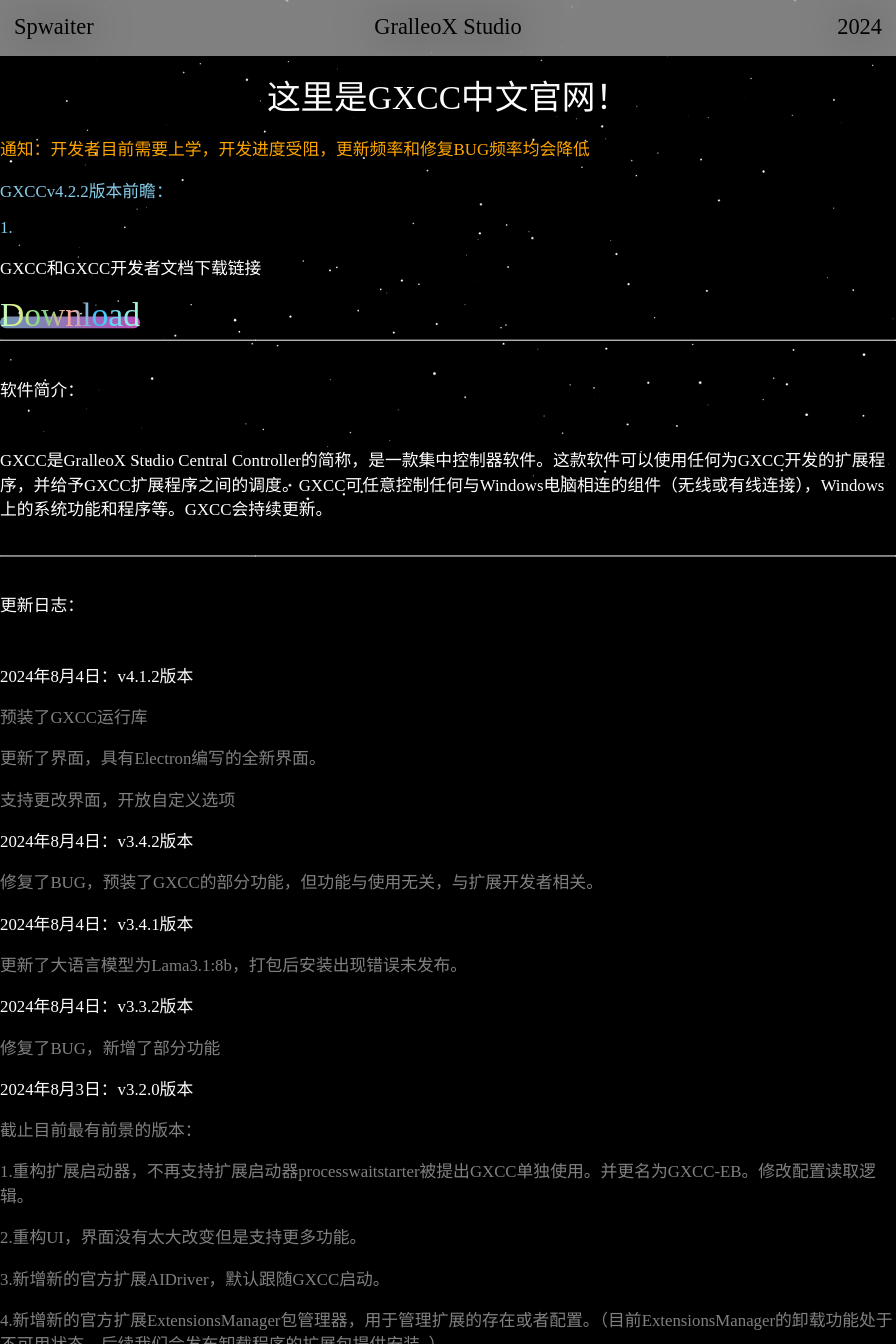
Repository: Lisu-Liso/GXCC
Page: index.html
The author's editor kept a copy of each file at every save. The page is drawn from the files as they stood at one save, then again after the next save.
The browser window is 1280 px wide. The pictures show the part of the page from y = 0 to 1920 px (the page is 4058 px tall before and 4066 px after), at 70% of full size.

Above is the page before, as saved 2024-10-05 21:16:16.

### index.html
<!DOCTYPE html>
<html lang="zh">
    <head>
        <meta http-equiv="Content-Type" content="text/html;charset=utf-8">
        <title>GXCC - GralleoX Studio</title>
        <link rel="stylesheet" type="text/css" href="./header.css">
        <link rel="shortcut icon" href="./GralleoX logo v2 web.ico">
        <style>
            body{
                overflow        : scroll;
                background-color: black;
                top             : 0;
                bottom          : 0;
                left            : 0;
                right           : 0;
                margin-top      : 100px;
                margin-bottom   : 0;
                margin-left     : 0;
                margin-right    : 0;
                user-select     : none;
            }
            ::-webkit-scrollbar{display: none;}
            .getin_screen{
                position        : fixed;
                top             : 0;
                bottom          : 0;
                left            : 0;
                right           : 0;
                background-color: rgba(0,0,0,0);
                color           : rgba(0,0,0,0);
                animation       : getinanimation 4s ease-in-out;
                text-align      : center;
                display         : table-cell;
            }
            @keyframes getinanimation{
                0% {
                    background-color       : rgba(255,255,255,1);
                    color                  : black;
                    backdrop-filter        : blur(15px);
                    -webkit-backdrop-filter: blur(15px);
                }
                40% {
                    background-color       : rgba(255,255,255,0.5);
                    color                  : black;
                    backdrop-filter        : blur(15px);
                    -webkit-backdrop-filter: blur(15px);
                }
                70% {
                    background-color       : rgba(255,255,255,0.5);
                    color                  : black;
                    backdrop-filter        : blur(15px);
                    -webkit-backdrop-filter: blur(15px);
                }
                100% {
                    background-color       : rgba(0,0,0,0);
                    color                  : rgba(0,0,0,0);
                    backdrop-filter        : blur(0px);
                    -webkit-backdrop-filter: blur(0px);
                }
            }
            .download_block{
                position               : fixed;
                top                    : 100px;
                left                   : 100px;
                right                  : 100px;
                bottom                 : 100px;
                margin-top             : 10px;
                margin-left            : 10px;
                margin-right           : 10px;
                margin-bottom          : 10px;
                background-color       : rgba(255,255,255,0.5);
                backdrop-filter        : blur(15px);
                -webkit-backdrop-filter: blur(15px);
                border-radius          : 100px;
                box-shadow             : 0 20px 50px rgba(0,0,0,0.2);
            }
            @keyframes blockout{
                0% {
                    background-color       : rgba(255,255,255,0);
                    backdrop-filter        : blur(0px);
                    -webkit-backdrop-filter: blur(0px);
                    box-shadow             : 0 20px 50px rgba(0,0,0,0);
                    opacity                : 0;
                }
                100% {
                    background-color       : rgba(255,255,255,0.5);
                    backdrop-filter        : blur(15px);
                    -webkit-backdrop-filter: blur(15px);
                    box-shadow             : 0 20px 50px rgba(0,0,0,0.2);
                    opacity                : 1;
                }
            }
            @keyframes blockquite{
                0% {
                    background-color       : rgba(255,255,255,0.5);
                    backdrop-filter        : blur(15px);
                    -webkit-backdrop-filter: blur(15px);
                    box-shadow             : 0 20px 50px rgba(0,0,0,0.2);
                    opacity                : 1;
                }
                100% {
                    background-color       : rgba(255,255,255,0);
                    backdrop-filter        : blur(0px);
                    -webkit-backdrop-filter: blur(0px);
                    box-shadow             : 0 20px 50px rgba(0,0,0,0);
                    opacity                : 0;
                }
            }
            .header-float{
                position: fixed;
                top     : 0;
                left    : 0;
                right   : 0;
                width   : 100%;
            }
            .black_board{
                position               : fixed;
                top                    : 80px;
                left                   : 0;
                right                  : 0;
                bottom                 : 0;
                margin-top             : 0;
                margin-left            : 0;
                margin-right           : 0;
                margin-bottom          : 0;
                backdrop-filter        : blur(15px);
                -webkit-backdrop-filter: blur(15px);
                background-color       : rgba(0,0,0,0.3);
            }
            @keyframes boardout{
                0% {
                    backdrop-filter        : blur(0px);
                    -webkit-backdrop-filter: blur(0px);
                    background-color       : rgba(0,0,0,0);
                }
                100% {
                    backdrop-filter        : blur(15px);
                    -webkit-backdrop-filter: blur(15px);
                    background-color       : rgba(0,0,0,0.3);
                }
            }
            @keyframes boardquite{
                0% {
                    backdrop-filter        : blur(15px);
                    -webkit-backdrop-filter: blur(15px);
                    background-color       : rgba(0,0,0,0.3);
                }
                100% {
                    backdrop-filter        : blur(0px);
                    -webkit-backdrop-filter: blur(0px);
                    background-color       : rgba(0,0,0,0);
                }
            }
            .newbutton{
                background   : linear-gradient(75deg,rgba(145, 202, 240, 0.75),rgba(248, 102, 248, 0.75));
                border-radius: 20px;
                text-align   : center;
                cursor       : pointer;
            }
            :root {
                --rainbow-gradient: linear-gradient(-90deg,#adfbda 0,#35c3ff 30%,#fda399 50%,#76d880 70%,#ebf38b 90%,#adfbda 100%);
            }
            .article-header--title {
                background-image       : var(--rainbow-gradient,#fff);
                background-size        : 100%;
                background-repeat      : repeat;
                background-clip        : text;
                -webkit-background-clip: text;
                -webkit-text-fill-color: transparent;
                -moz-background-clip   : text;
                -moz-text-fill-color   : transparent;
                filter                 : drop-shadow(0 0 2rpx #000);
                text-shadow            : none!important;
                cursor                 : pointer;
            }
            a{
                text-decoration: none;
            }
            font{
                cursor : default;
            }
            .backgroundimage{
                position: fixed;
                top     : 0;
                left    : 0;
                right   : 0;
                width   : 100%;
                height  : 100%;
                z-index: -1;
            }
            .normaltext{
                font-size: 18pt;
                color: white;
            }
            .smallnormaltext{
                font-size: 12pt;
                color: white;
            }
        </style>
    </head>
    <body>
        <canvas id="bgCanvas" class="backgroundimage"></canvas>
        <script>
            // 获取画布
            var canvas = document.getElementById('bgCanvas');
            var ctx = canvas.getContext('2d');

            // 设置画布尺寸与窗口大小一致
            canvas.width = window.innerWidth;
            canvas.height = window.innerHeight;

            // 创建一个数组用于存储星星的信息
            var stars = [];

            // 创建星星对象
            function Star(x, y, radius, color, speed) {
                this.x = x;
                this.y = y;
                this.radius = radius;
                this.color = color;
                this.speed = speed;
            }

            // 初始化星星
            function init() {
                for (var i = 0; i < 200; i++) {
                    var x = Math.random() * canvas.width;
                    var y = Math.random() * canvas.height;
                    var radius = Math.random() * 2;
                    var color = 'white';
                    var speed = Math.random() * 0.5;

                    stars.push(new Star(x, y, radius, color, speed));
                }
            }

            // 绘制星星
            function drawStars() {
                ctx.clearRect(0, 0, canvas.width, canvas.height);

                for (var i = 0; i < stars.length; i++) {
                    var star = stars[i];

                    ctx.beginPath();
                    ctx.arc(star.x, star.y, star.radius, 0, Math.PI * 2);
                    ctx.fillStyle = star.color;
                    ctx.fill();
                }
            }

            // 更新星星位置
            function updateStars() {
                for (var i = 0; i < stars.length; i++) {
                    var star = stars[i];

                    star.x += star.speed;

                    if (star.x > canvas.width) {
                        star.x = 0;
                    }
                }
            }

            // 动画循环
            function animate() {
                requestAnimationFrame(animate);

                drawStars();
                updateStars();
            }

            // 初始化并启动动画
            init();
            animate();
        </script>
        <div style="text-align:center;top:0;left:0;right:0;"><font size="7"color="white">这里是GXCC中文官网！</font></div>
        <p class="normaltext" style="color: orange;">通知：开发者目前需要上学，开发进度受阻，更新频率和修复BUG频率均会降低</p>
        <p class="normaltext" style="color: skyblue;">GXCCv4.2.2版本前瞻：</p>
        <p class="normaltext" style="color: skyblue;">1.</p>
        <p class="normaltext">GXCC和GXCC开发者文档下载链接</p>
        <a class="newbutton" onclick="join_us()"><font class="article-header--title" size="7">Download</font></a>
        <div class="black_board" id="bb"></div>
        <div class="download_block" id="download_block">
            <div style="text-align: center">
                <a class="newbutton" onclick="close_download_block()"><font class="article-header--title" size="7">点击关闭此框</font></a>
            </div>
            <div style="margin-left: 1cm;">
                <font size="7" color="black">这里是下载链接</font>
                <br>
                <font class="normaltext" style="color:red;">如果杀毒软件报告有病毒请忽略，此软件已经经过Microsoft Defender检测，360纯属误报。</font>
                <br>
                <font class="smallnormaltext" style="color: #76d880;">软件声明：您对AI说过的一切内容由你本地的计算机进行计算和处理，无需上传网络，请放心共享您的信息。出于运行需要，你对AI分享的信息会被作为日志保存在AIDriver扩展的文件夹中的日志文件中，如果你需要清除这些信息，请不要删除这些文件。请打开文件并写入‘1’作为占位，否则会影响AIDriver的正常运行。</font>
                <br>
                <a class="normaltext newbutton" href="https://github.com/Lisu-Liso/GXCC/releases">Link</a>
            </div>
        </div>
        <hr/>
        <br>
        <p class="normaltext">软件简介：</p>
        <br>
        <p class="normaltext">GXCC是GralleoX Studio Central Controller的简称，是一款集中控制器软件。这款软件可以使用任何为GXCC开发的扩展程序，并给予GXCC扩展程序之间的调度。GXCC可任意控制任何与Windows电脑相连的组件（无线或有线连接），Windows上的系统功能和程序等。GXCC会持续更新。</p>
        <br>
        <hr/>
        <br>
        <p class="normaltext">更新日志：</p>
        <br>
        <p class="normaltext">2024年8月4日：v4.1.2版本</p>
        <p class="normaltext" style="color: grey;">预装了GXCC运行库</p>
        <p class="normaltext" style="color: grey;">更新了界面，具有Electron编写的全新界面。</p>
        <p class="normaltext" style="color: grey;">支持更改界面，开放自定义选项</p>
        <p class="normaltext" style="color: grey;"></p>
        <p class="normaltext">2024年8月4日：v3.4.2版本</p>
        <p class="normaltext" style="color: grey;">修复了BUG，预装了GXCC的部分功能，但功能与使用无关，与扩展开发者相关。</p>
        <p class="normaltext">2024年8月4日：v3.4.1版本</p>
        <p class="normaltext" style="color: grey;">更新了大语言模型为Lama3.1:8b，打包后安装出现错误未发布。</p>
        <p class="normaltext">2024年8月4日：v3.3.2版本</p>
        <p class="normaltext" style="color: grey;">修复了BUG，新增了部分功能</p>
        <p class="normaltext">2024年8月3日：v3.2.0版本</p>
        <p class="normaltext" style="color: grey;">截止目前最有前景的版本：</p>
        <p class="normaltext" style="color: grey;">1.重构扩展启动器，不再支持扩展启动器processwaitstarter被提出GXCC单独使用。并更名为GXCC-EB。修改配置读取逻辑。</p>
        <p class="normaltext" style="color: grey;">2.重构UI，界面没有太大改变但是支持更多功能。</p>
        <p class="normaltext" style="color: grey;">3.新增新的官方扩展AIDriver，默认跟随GXCC启动。</p>
        <p class="normaltext" style="color: grey;">4.新增新的官方扩展ExtensionsManager包管理器，用于管理扩展的存在或者配置。（目前ExtensionsManager的卸载功能处于不可用状态，后续我们会发布卸载程序的扩展包提供安装。）</p>
        <p class="normaltext" style="color: grey;">5.更改扩展的开发文档，不再兼容之前的包体，但依然可以快速迁移到新版本。</p>
        <br>
        <p class="normaltext">2024年?月?日：v2.1.0版本</p>
        <p class="normaltext" style="color: grey;">该版本由于BUG极多并未发布，但是功能如下：</p>
        <p class="normaltext" style="color: grey;">1.修改了扩展启动器逻辑</p>
        <p class="normaltext" style="color: grey;">2.更新了扩展包包体结构</p>
        <p class="normaltext" style="color: grey;">3.弃用了v1.0.0版本中的对Extensions分类的名字</p>
        <p class="normaltext" style="color: grey;">3.分离内核与UI代码，扩大了UI程序的可扩展性。</p>
        <br>
        <p class="normaltext">2024年3月17日：v1.0.0版本</p>
        <p class="normaltext" style="color: grey;">能够使用最基本的Listenner和Runner扩展程序，支持Extend Extensions。</p>
        <hr>
        <p class="normaltext">使用的开发工具和依赖：</p>
        <p class="normaltext" style="color:orange;">GXCC：（部分行存在链接）</p>
        <p class="normaltext" style="color:grey;">Qt Creator 4.11.1 x64</p>
        <p class="normaltext" style="color:grey;">Electron v31.4.0</p>
        <p class="normaltext" style="color:orange;">GXCC_Core：（部分行存在链接）</p>
        <p class="normaltext" style="color:grey;">Qt Creator 4.11.1 x64</p>
        <a href="https://github.com/nlohmann/json"><p class="normaltext" style="color:grey;">nlohmann/json.hpp</p></a>
        <p class="normaltext" style="color:orange;">GXCC-EB：（部分行存在链接）</p>
        <p class="normaltext" style="color:grey;">Qt Creator 4.11.1 x64</p>
        <a href="https://github.com/nlohmann/json"><p class="normaltext" style="color:grey;">nlohmann/json.hpp</p></a>
        <p class="normaltext" style="color:orange;">ExtensionInstaller：（部分行存在链接）</p>
        <p class="normaltext" style="color:grey;">TDM-GCC-64 10.3.0</p>
        <a href="https://github.com/nlohmann/json"><p class="normaltext" style="color:grey;">nlohmann/json.hpp</p></a>
        <p class="normaltext" style="color:orange;">test扩展-监听器示例：</p>
        <p class="normaltext" style="color:grey;">TDM-GCC-64 10.3.0</p>
        <p class="normaltext" style="color:orange;">test2扩展-执行器示例：</p>
        <p class="normaltext" style="color:grey;">TDM-GCC-64 10.3.0</p>
        <p class="normaltext" style="color:orange;">ExtensionsManager：（部分行存在链接）</p>
        <p class="normaltext" style="color:grey;">Qt Creator 4.11.1 x64</p>
        <a href="https://github.com/nlohmann/json"><p class="normaltext" style="color:grey;">nlohmann/json.hpp</p></a>
        <p class="normaltext" style="color: brown;">ExtensionInstaller</p>
        <p class="normaltext" style="color: brown;">ExtensionUninstaller（未完成开发）</p>
        <p class="normaltext" style="color:orange;">AIDriver（GXCC3特色官方扩展）：（部分行存在链接）</p>
        <p class="normaltext" style="color:grey;">TDM-GCC-64 10.3.0</p>
        <p class="normaltext" style="color:grey;">Python 3.12 x64</p>
        <p class="normaltext" style="color:grey;">TDM-GCC-64 10.3.0</p>
        <p class="normaltext" style="color:grey;">Python 3.12 x64</p>

        <div class="headerblock">
            <div class="centertext"><font size="6">GralleoX Studio</font></div>
            <div class="lefttext"><font size="6">Spwaiter</font></div>
            <div class="righttext"><font size="6">2024</font></div>
        </div>
        <div class="getin_screen" id="getin">
            <font size="7" id="getintext">网站正在加载，请稍后...</font>
        </div>
    </body>
    <script type="text/javascript">
        let t = document.getElementById("download_block");
        t.style.display = "none";

        t = document.getElementById("bb");
        t.style.display = "none";
    </script>
    <script type="text/javascript">
        setTimeout(function(){
            let t = document.getElementById("getintext");
            t.innerHTML = "网站加载完毕，即将进入网站。";
            setTimeout(function(){
                let t = document.getElementById("getin");
                t.style.display = "none";
            },2000);
        },2000);
        function join_us(){
            let t = document.getElementById("download_block");
            t.style.display = "block";
            t.style.animation = "blockout 0.5s ease-in-out";

            t = document.getElementById("bb");
            t.style.display = "block";
            t.style.animation = "boardout 0.5s ease-in-out";
        }
        function close_download_block(){
            let t = document.getElementById("download_block");
            t.style.animation = "blockquite 0.5s ease-in-out";

            t = document.getElementById("bb");
            t.style.animation = "boardquite 0.5s ease-in-out";
            setTimeout(function(){
                let t = document.getElementById("download_block");
                t.style.display = "none";

                t = document.getElementById("bb");
                t.style.display = "none";
            },500);
        }
    </script>
</html>

### header.css
.headerblock{
    position               : fixed;
    top                    : 0px;
    left                   : 0px;
    right                  : 0px;
    margin-top             : 0px;
    margin-left            : 0px;
    margin-right           : 0px;
    width                  : 100%;
    height                 : 80px;
    background-color       : rgba(255,255,255,0.5);
    backdrop-filter        : blur(10px);
    -webkit-backdrop-filter: blur(10px);
    box-shadow             : 0 20px 50px rgba(0,0,0,0.2);
    align-items            : center;
}
.centertext{
    position    : fixed;
    top         : 0;
    left        : 0;
    right       : 0;
    margin-top  : 20px;
    margin-left : 20px;
    margin-right: 20px;
    text-align  : center;
    filter      : drop-shadow(0 0 2rem #000);
    text-shadow : none!important;
    color       : black;
}
.lefttext{
    position    : fixed;
    top         : 0;
    left        : 0;
    right       : 0;
    margin-top  : 20px;
    margin-left : 20px;
    margin-right: 20px;
    text-align  : left;
    filter      : drop-shadow(0 0 2rem #000);
    text-shadow : none!important;
    color       : black;
}
.righttext{
    position    : fixed;
    top         : 0;
    left        : 0;
    right       : 0;
    margin-top  : 20px;
    margin-left : 20px;
    margin-right: 20px;
    text-align  : right;
    filter      : drop-shadow(0 0 2rem #000);
    text-shadow : none!important;
    color       : black;
}

After the next save:
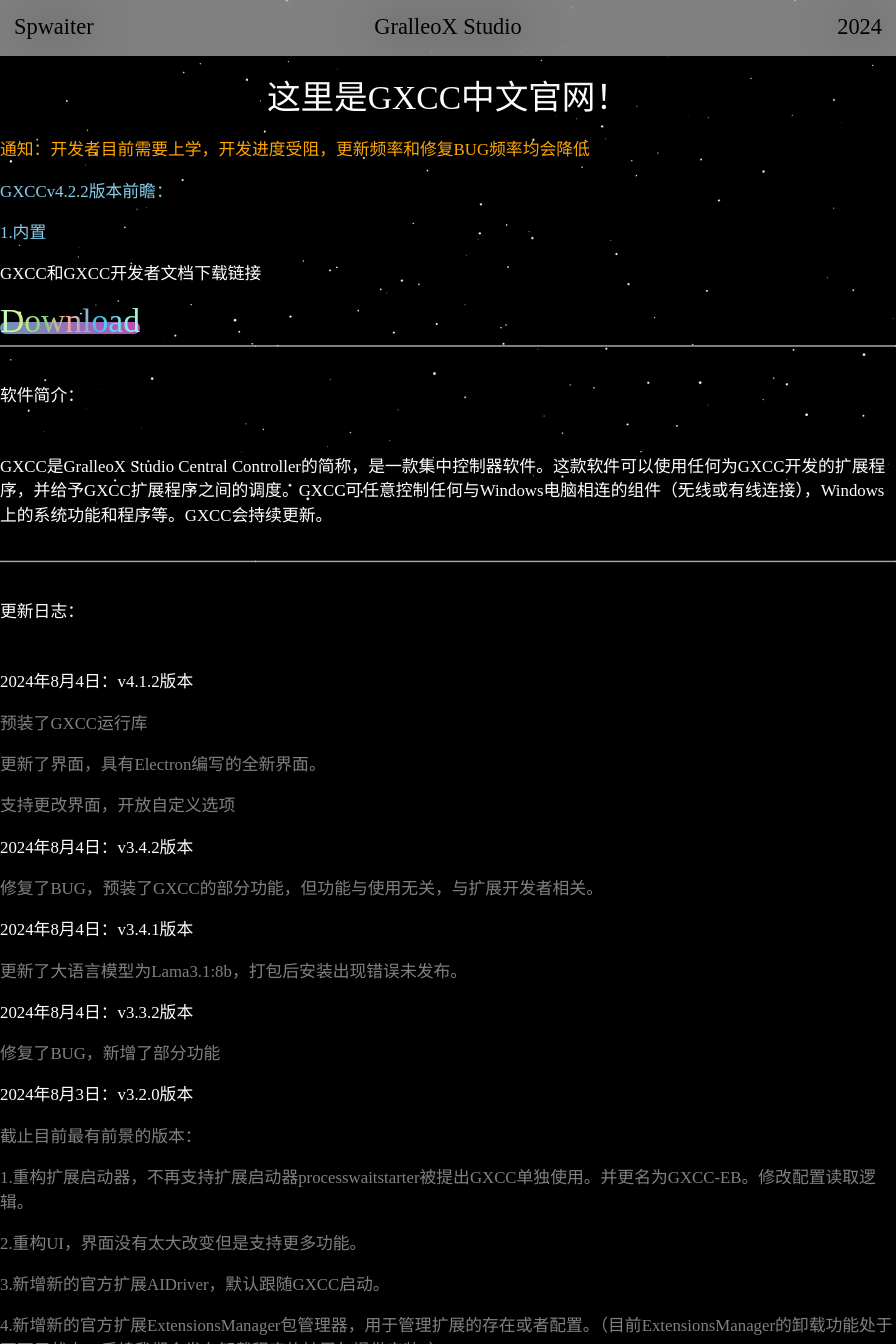
Saved 18 s later.
--- a/index.html
+++ b/index.html
@@ -276,7 +276,7 @@
         <div style="text-align:center;top:0;left:0;right:0;"><font size="7"color="white">这里是GXCC中文官网！</font></div>
         <p class="normaltext" style="color: orange;">通知：开发者目前需要上学，开发进度受阻，更新频率和修复BUG频率均会降低</p>
         <p class="normaltext" style="color: skyblue;">GXCCv4.2.2版本前瞻：</p>
-        <p class="normaltext" style="color: skyblue;">1.</p>
+        <p class="normaltext" style="color: skyblue;">1.内置</p>
         <p class="normaltext">GXCC和GXCC开发者文档下载链接</p>
         <a class="newbutton" onclick="join_us()"><font class="article-header--title" size="7">Download</font></a>
         <div class="black_board" id="bb"></div>
